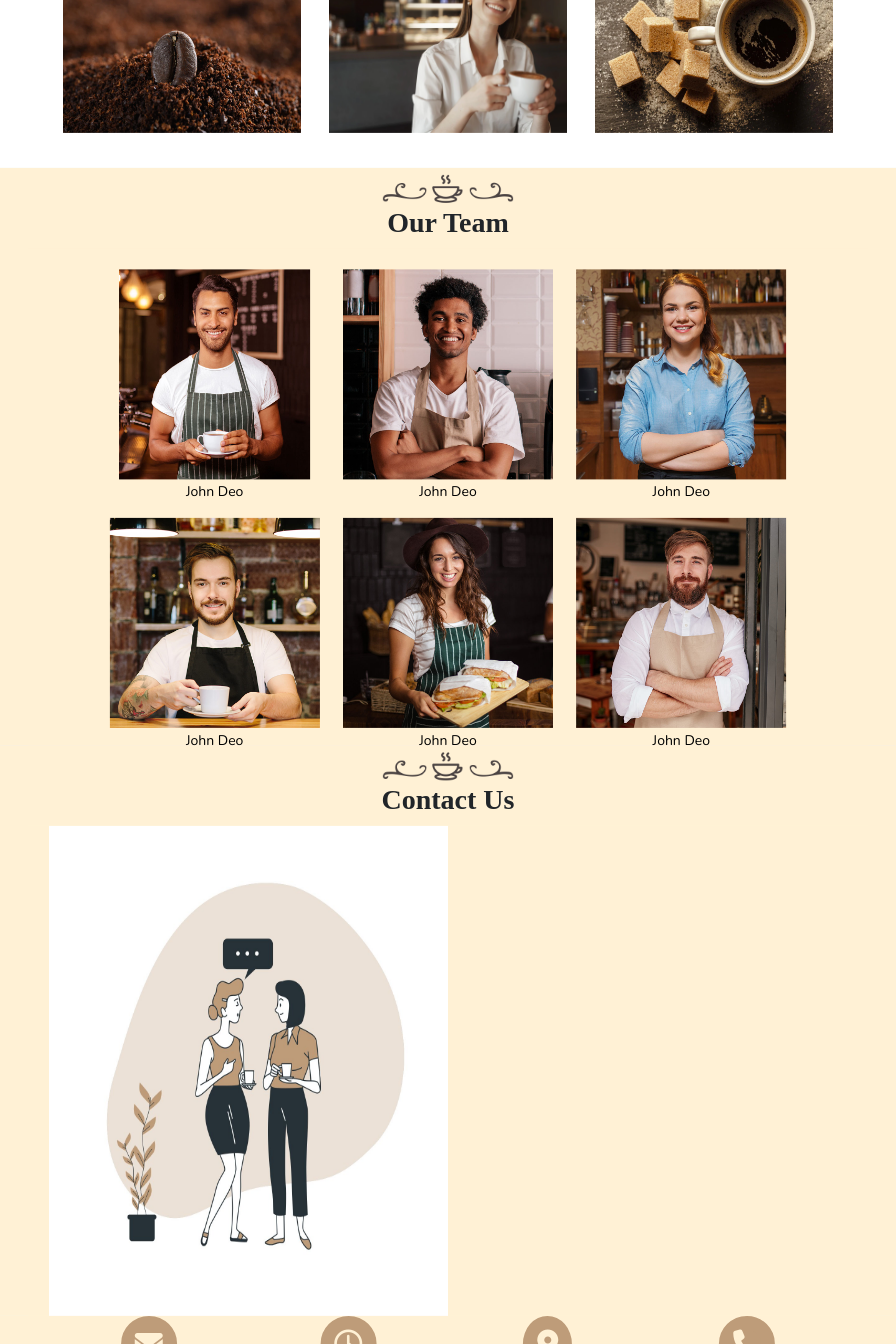
Repository: Ragavan728/coffee_full
Page: index.html
These files come from the project's save history. The page is drawn as it stood at one moment and after the next save; the edit follows.
The browser window is 1280 px wide. The pictures show the part of the page from y = 3137 to 5057 px (the page is 5267 px tall before and 5327 px after), at 70% of full size.
Some web fonts or font styles are not loaded; a fallback is used.

Above is the page before, as saved 2025-02-10 16:16:59.

After the next save:
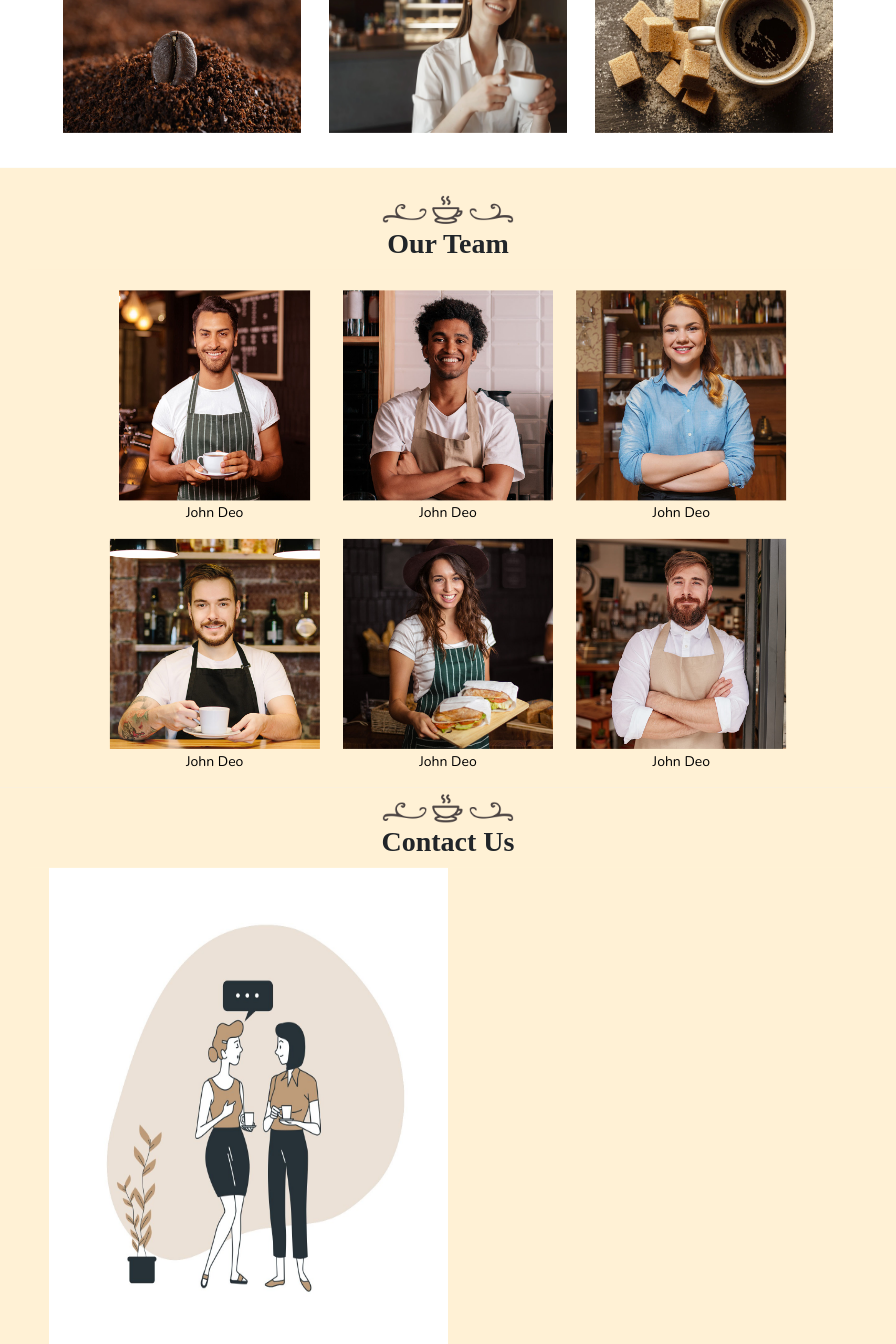
Saved 18 s later.
--- a/index.html
+++ b/index.html
@@ -266,7 +266,7 @@
                 </div>
             </div>
         </section>
-        <section class="ourTeam"> <!-- component -->
+        <section class="ourTeam componentSpacing"> <!-- component -->
             <div class="ourTeamContainer"> <!-- componentContainer -->
                 <div class="headingBody"> <!-- row 1 -->
                     <div class="headingBlock"> <!-- column 1 -->
